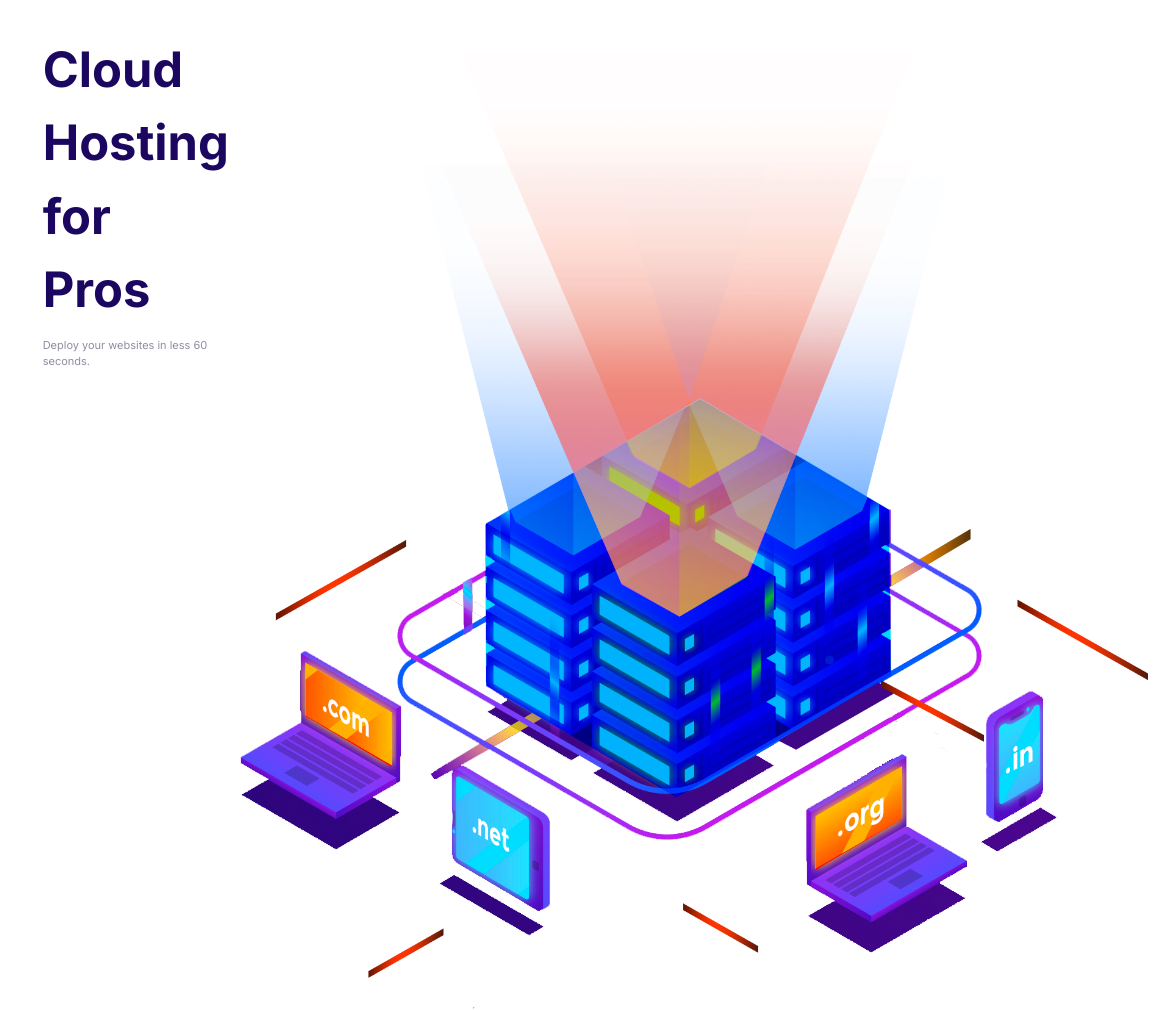
Repository: LeonUIO/first_website
Page: index.html
The author's editor kept a copy of each file at every save. The page is drawn from the files as they stood at one save, then again after a run of saves.
The browser window is 1280 px wide. The page is 1907 px wide, so the pictures cover 1907 px, including what lies to the right of the window. The pictures show the whole page, at 61% of full size.

Above is the page before, as saved 2021-04-10 15:56:39.

After the next 2 saves:
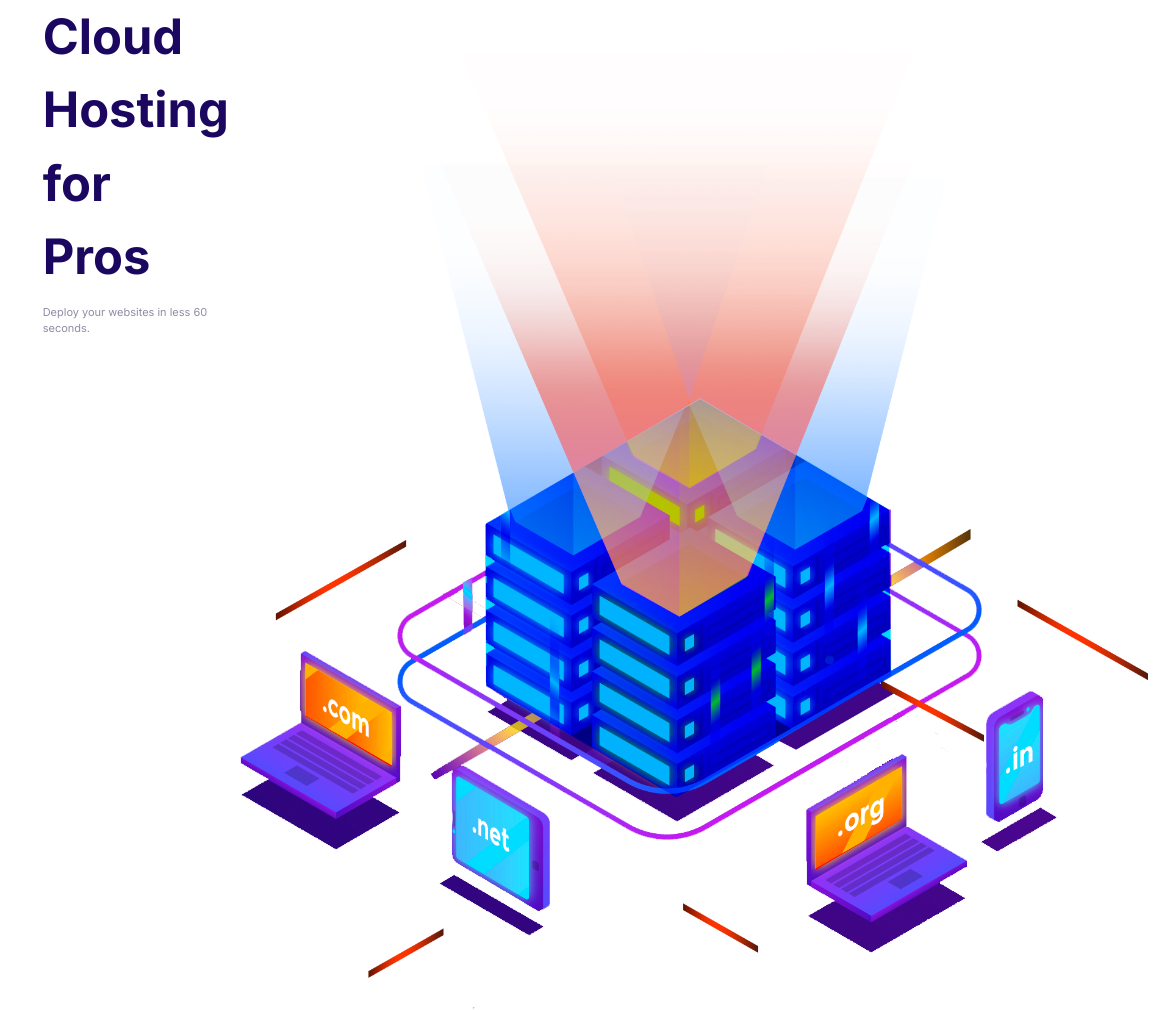
The 2 saves are shown as one change because they came seconds apart.
The last was saved 19 s later.
--- a/index.html
+++ b/index.html
@@ -19,7 +19,7 @@
   <body>
     <div class="container grid grid--cols-2">
       <div class="hero__content">
-        <h1 class="hero__heading ">Cloud Hosting for Pros</h1>
+        <h1 class="block__heading ">Cloud Hosting for Pros</h1>
         <p>Deploy your websites in less 60 seconds.</p>
       </div>
       <img src="./images/banner.png" alt="" />
